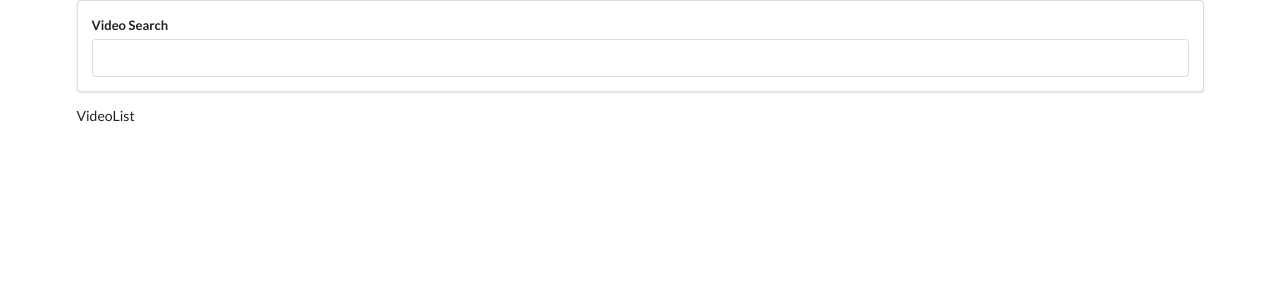
Repository: EgorSherstnev/Videos-hooks
Page: /
The author's editor kept a copy of each file at every save. The page is drawn from the files as they stood at one save, then again after the next save.
The browser window is 1280 px wide. The pictures show the whole page.
Some web libraries are served in a nearby version. The project was rebuilt for these pictures with package versions that can differ from the ones it lists, and the page was loaded fresh each time.

Above is the page before, as saved 2022-10-19 23:04:16.

### public/index.html
<!DOCTYPE html>
<html lang="en">
  <head>
    <meta charset="utf-8" />
    <link rel="icon" href="%PUBLIC_URL%/favicon.ico" />
    <meta name="viewport" content="width=device-width, initial-scale=1" />
    <meta name="theme-color" content="#000000" />
    <link rel="stylesheet" href="https://cdnjs.cloudflare.com/ajax/libs/semantic-ui/2.5.0/semantic.min.css" />
    <meta
      name="description"
      content="Web site created using create-react-app"
    />
    <link rel="apple-touch-icon" href="%PUBLIC_URL%/logo192.png" />
    <!--
      manifest.json provides metadata used when your web app is installed on a
      user's mobile device or desktop. See https://developers.google.com/web/fundamentals/web-app-manifest/
    -->
    <link rel="manifest" href="%PUBLIC_URL%/manifest.json" />
    <!--
      Notice the use of %PUBLIC_URL% in the tags above.
      It will be replaced with the URL of the `public` folder during the build.
      Only files inside the `public` folder can be referenced from the HTML.

      Unlike "/favicon.ico" or "favicon.ico", "%PUBLIC_URL%/favicon.ico" will
      work correctly both with client-side routing and a non-root public URL.
      Learn how to configure a non-root public URL by running `npm run build`.
    -->
    <title>React App</title>
  </head>
  <body>
    <noscript>You need to enable JavaScript to run this app.</noscript>
    <div id="root"></div>
    <!--
      This HTML file is a template.
      If you open it directly in the browser, you will see an empty page.

      You can add webfonts, meta tags, or analytics to this file.
      The build step will place the bundled scripts into the <body> tag.

      To begin the development, run `npm start` or `yarn start`.
      To create a production bundle, use `npm run build` or `yarn build`.
    -->
  </body>
</html>

### src/index.js
import React from "react";
import ReactDOM  from "react-dom";
import App from './components/App';

ReactDOM.render(
    <App />,
    document.querySelector('#root')
);

### src/components/App.js
import React from "react";
import SearchBar from "./SearchBar";
import youtube from "../apis/youtube";
import VideoList from "./VideoList";

class App extends React.Component {
    state = { videos: [] }

    onTermSubmit = async term => {
        const response = await youtube.get('/search', {
            params: {
                q: term
            }
        });

        this.setState({ videos: response.data.items});
    }

    render() {
        return (
            <div className="ui container">
                <SearchBar onFormSubmit={this.onTermSubmit}/>
                <VideoList videos={this.state.videos} />
            </div>
        );
    }
}

export default App;

### src/components/SearchBar.js
import React from "react";

class SearchBar extends React.Component {
    state = { term: '' };

    onInputChange = (event) => {
        this.setState({ term: event.target.value });
    };

    onFormSubmit = (event) => {
        event.preventDefault();

        this.props.onFormSubmit(this.state.term);
    }

    render () {
        return (
            <div className="search-bar ui segment">
                <form onSubmit={this.onFormSubmit} className="ui form">
                    <div className="field">
                        <label>Video Search</label>
                        <input
                            type="text"
                            value={this.state.term}
                            onChange={this.onInputChange}
                        />
                    </div>
                </form>
            </div>
        );
    }
}

export default SearchBar;

### src/apis/youtube.js
import axios from 'axios';

const KEY = 'AIzaSyBixsksyZX8cQNVOl_HvQLymQy21P7eWKY' ;

export default axios.create({
    baseURL: 'https://www.googleapis.com/youtube/v3',
    params: {
      part: 'snippet',
      type: 'video',
      maxResults: 5,
      key: KEY
  }
});

### src/components/VideoList.js
import React from "react";

const VideoList = (props) => {
    return <div>VideoList</div>
};

export default VideoList;

After the next save:
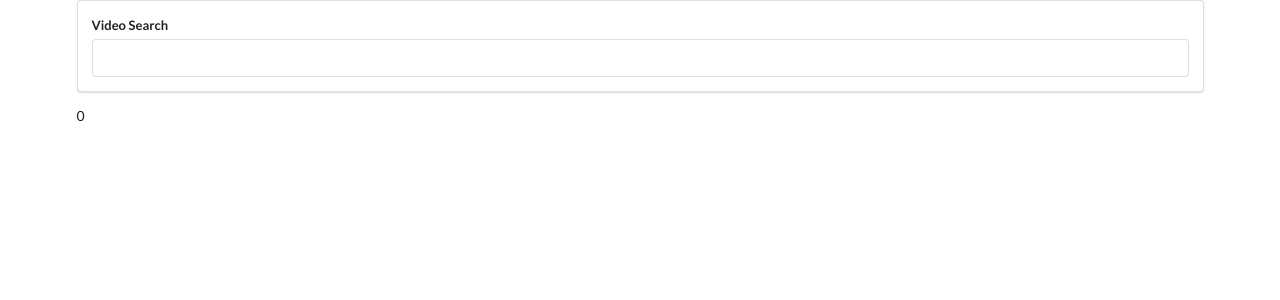
Saved 86 s later.
--- a/src/components/VideoList.js
+++ b/src/components/VideoList.js
@@ -1,7 +1,7 @@
 import React from "react";
 
 const VideoList = (props) => {
-    return <div>VideoList</div>
+    return <div>{props.videos.length}</div>
 };
 
 export default VideoList;
